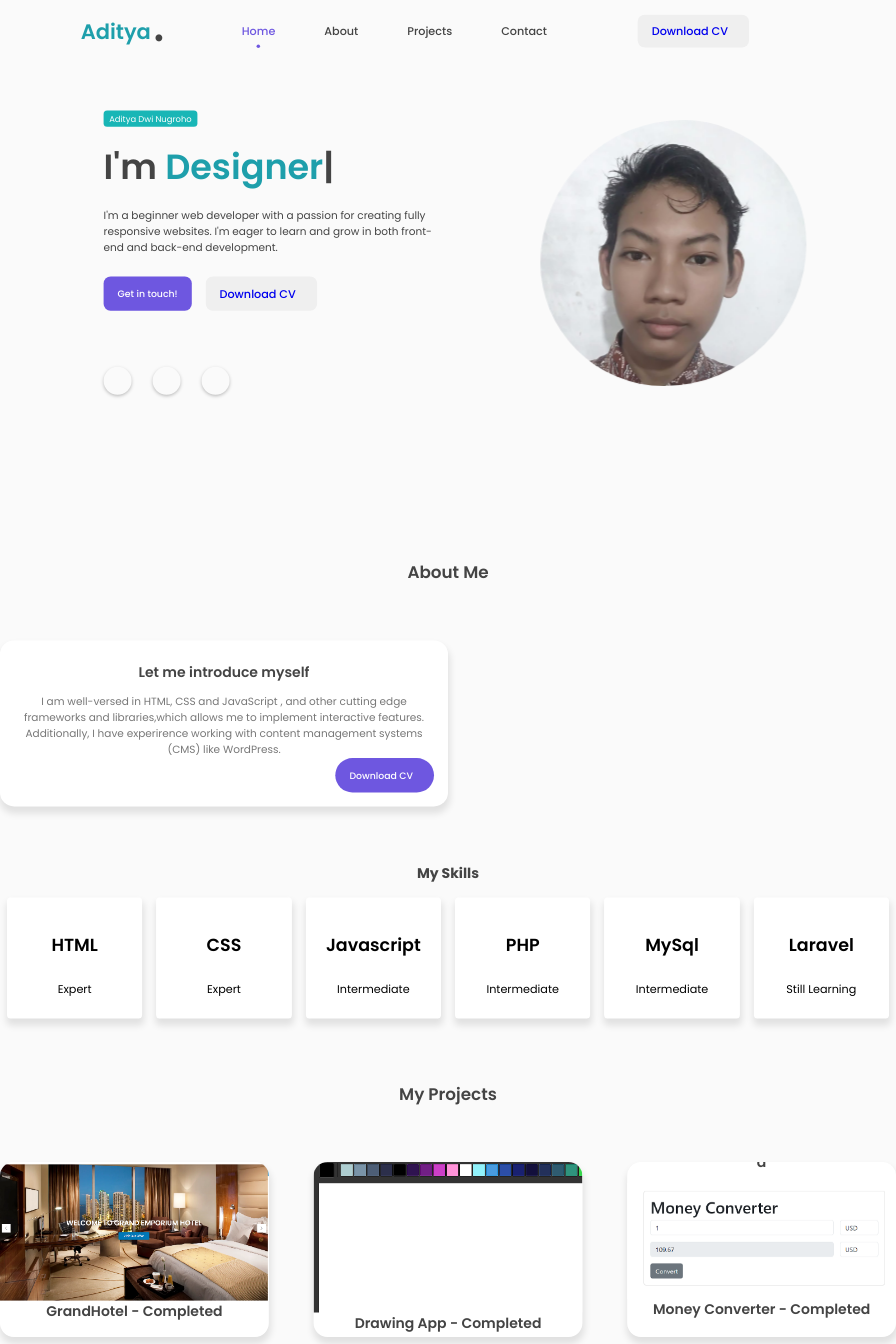
Repository: 4Kbrain/Portofolio
Page: index.html
The author's editor kept a copy of each file at every save. The page is drawn from the files as they stood at one save, then again after the next save.
The browser window is 1280 px wide. The pictures show the part of the page from y = 0 to 1920 px (the page is 3000 px tall), at 70% of full size.
Some icons come from a web library that is not loaded, so they are not drawn.

Above is the page before, as saved 2024-05-15 18:38:06.
Console error: ReferenceError: ScrollReveal is not defined

After the next save:
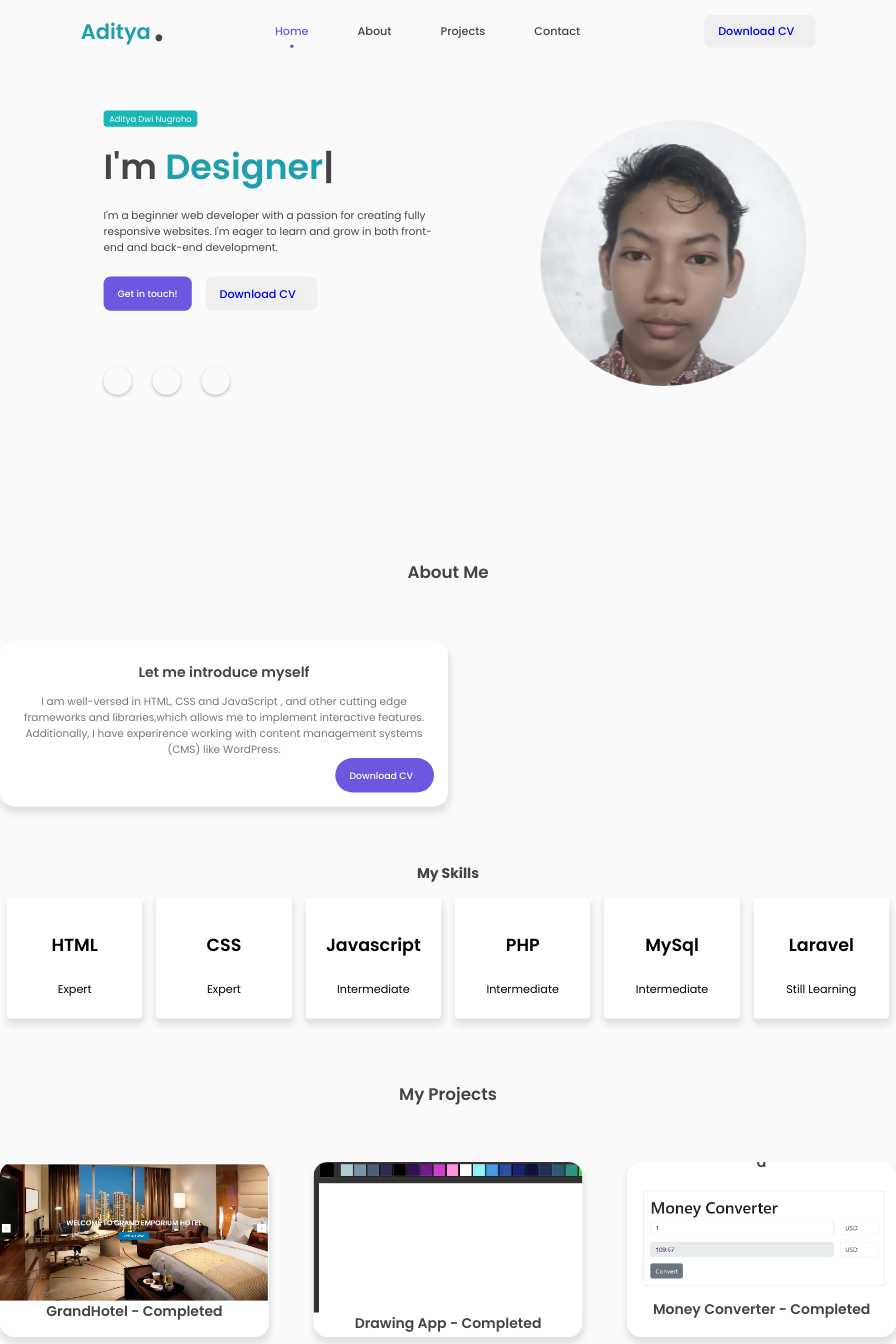
Saved 5 s later.
--- a/assets/css/style.css
+++ b/assets/css/style.css
@@ -119,7 +119,9 @@ nav{
     padding-inline: 15px;
     margin-inline: 20px;
 }
-.nav-link
+.nav-link:hover{
+
+}
 .nav-menu-btn{
     display: none;
 }
